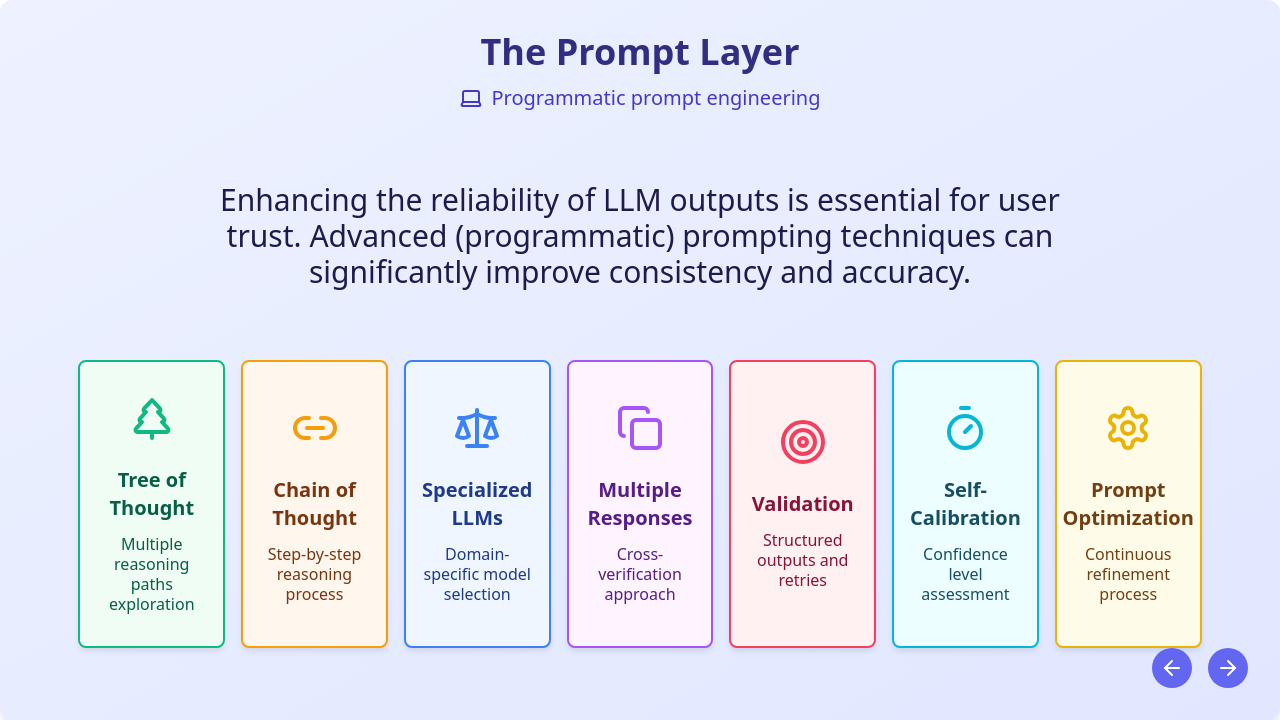
Repository: Galbaz1/dell_presentation
Page: /slide7
These files come from the project's save history. The page is drawn as it stood at one moment and after the next save; the edit follows.
The browser window is 1280 px wide. The pictures show the whole page.
The project was rebuilt for these pictures with package versions that can differ from the ones it lists, and the page was loaded fresh each time. The framework's server and built-in components were replaced by stand-ins that run in the browser. Also part of the build but not shown: styles/animations/slide1.css, styles/animations/slide2.css.

Above is the page before, as saved 2024-11-13 13:08:57.

### pages/_app.tsx
import '../styles/globals.css'
import '../styles/animations/slide1.css'
import '../styles/animations/slide2.css'
import type { AppProps } from 'next/app'

function MyApp({ Component, pageProps }: AppProps) {
  return <Component {...pageProps} />
}

export default MyApp

### pages/slide7.tsx
import React, { useState, useEffect } from 'react';
import {
  ArrowLeft,
  GitBranch,
  Brain,
  Scale,
  Copy,
  Target,
  Timer,
  Settings,
  TreePine,
  Link2,
  ArrowRight,
  Laptop,
} from 'lucide-react';
import Link from 'next/link';
import { motion, AnimatePresence } from 'framer-motion';
import { useRouter } from 'next/router';

const Slide7: React.FC = () => {
  const router = useRouter();
  const [hoveredBlock, setHoveredBlock] = useState<number | null>(null);
  const [displayedText, setDisplayedText] = useState('');
  const fullText = "Enhancing the reliability of LLM outputs is essential for user trust. Advanced (programmatic) prompting techniques can significantly improve consistency and accuracy.";

  useEffect(() => {
    let index = 0;
    const timer = setInterval(() => {
      if (index <= fullText.length) {
        setDisplayedText(fullText.slice(0, index));
        index++;
      } else {
        clearInterval(timer);
      }
    }, 30); // Adjust speed as needed

    return () => clearInterval(timer);
  }, []);

  useEffect(() => {
    const handleKeyDown = (event: KeyboardEvent) => {
      switch (event.key) {
        case 'ArrowLeft':
          router.push('/slide4');
          break;
        case 'ArrowRight':
          router.push('/slide8');
          break;
      }
    };

    window.addEventListener('keydown', handleKeyDown);
    return () => window.removeEventListener('keydown', handleKeyDown);
  }, [router]);

  const blocks = [
    {
      icon: <TreePine className="w-8 h-8" />,
      title: "Tree of Thought",
      description: "Multiple reasoning paths exploration",
      color: {
        bg: "#f0fdf4",
        border: "#10b981",
        text: "#065f46"
      }
    },
    {
      icon: <Link2 className="w-8 h-8" />,
      title: "Chain of Thought",
      description: "Step-by-step reasoning process",
      color: {
        bg: "#fff7ed",
        border: "#f59e0b",
        text: "#78350f"
      }
    },
    {
      icon: <Scale className="w-8 h-8" />,
      title: "Specialized LLMs",
      description: "Domain-specific model selection",
      color: {
        bg: "#eff6ff",
        border: "#3b82f6",
        text: "#1e3a8a"
      }
    },
    {
      icon: <Copy className="w-8 h-8" />,
      title: "Multiple Responses",
      description: "Cross-verification approach",
      color: {
        bg: "#fdf4ff",
        border: "#a855f7",
        text: "#581c87"
      }
    },
    {
      icon: <Target className="w-8 h-8" />,
      title: "Validation",
      description: "Structured outputs and retries",
      color: {
        bg: "#fff1f2",
        border: "#f43f5e",
        text: "#881337"
      }
    },
    {
      icon: <Timer className="w-8 h-8" />,
      title: "Self-Calibration",
      description: "Confidence level assessment",
      color: {
        bg: "#ecfeff",
        border: "#06b6d4",
        text: "#164e63"
      }
    },
    {
      icon: <Settings className="w-8 h-8" />,
      title: "Prompt Optimization",
      description: "Continuous refinement process",
      color: {
        bg: "#fefce8",
        border: "#eab308",
        text: "#713f12"
      }
    }
  ];

  const containerVariants = {
    hidden: { opacity: 0 },
    visible: {
      opacity: 1,
      transition: {
        staggerChildren: 0.1
      }
    }
  };

  const blockVariants = {
    hidden: { y: 20, opacity: 0 },
    visible: (i: number) => ({
      y: 0,
      opacity: 1,
      transition: {
        delay: i * 0.1,
        type: "spring",
        stiffness: 100,
        damping: 15
      }
    }),
    hover: {
      scale: 1.03,
      y: -5,
      transition: {
        type: "spring",
        stiffness: 400,
        damping: 10
      }
    }
  };

  return (
    <div className="bg-gradient-to-br from-indigo-50 to-indigo-100 p-8 rounded-xl shadow-lg min-h-screen overflow-hidden relative">
      {/* Header */}
      <motion.div
        className="mb-16"
        initial={{ y: -20, opacity: 0 }}
        animate={{ y: 0, opacity: 1 }}
        transition={{ duration: 0.8 }}
      >
        <h1 className="text-4xl font-bold text-indigo-900 mb-3 text-center">The Prompt Layer</h1>
        <p className="text-xl text-indigo-700 text-center flex items-center justify-center">
          <Laptop className="w-6 h-6 mr-2" />
          Programmatic prompt engineering
        </p>
      </motion.div>

      {/* Streaming Text Container - Fixed height to prevent layout shifts */}
      <div className="h-[120px] flex items-center justify-center mb-16">
        <motion.div
          className="max-w-4xl mx-auto text-center"
          initial={{ opacity: 0 }}
          animate={{ opacity: 1 }}
          transition={{ delay: 0.5 }}
        >
          <AnimatePresence mode='wait'>
            <motion.span
              key={displayedText}
              initial={{ opacity: 0.5 }}
              animate={{ opacity: 1 }}
              className="text-3xl font-medium text-indigo-950"
            >
              {displayedText}
            </motion.span>
            {displayedText.length < fullText.length && (
              <motion.span
                className="inline-block w-1 h-8 bg-indigo-600 ml-1"
                animate={{ opacity: [1, 0] }}
                transition={{ duration: 0.5, repeat: Infinity }}
              />
            )}
          </AnimatePresence>
        </motion.div>
      </div>

      {/* Blocks Container */}
      <motion.div
        className="max-w-[95%] mx-auto grid grid-cols-7 gap-4 px-4"
        variants={containerVariants}
        initial="hidden"
        animate="visible"
        style={{ height: '40vh' }}
      >
        {blocks.map((block, index) => (
          <motion.div
            key={block.title}
            className="w-full h-full aspect-square"
            variants={blockVariants}
            custom={index}
            whileHover="hover"
            onHoverStart={() => setHoveredBlock(index)}
            onHoverEnd={() => setHoveredBlock(null)}
          >
            <div
              className="h-full relative p-4"
              style={{
                backgroundColor: block.color.bg,
                borderColor: block.color.border,
                borderWidth: 2,
                borderStyle: 'solid',
                borderRadius: '0.5rem',
                display: 'flex',
                flexDirection: 'column',
                justifyContent: 'center',
                alignItems: 'center',
                boxShadow: '0 4px 6px -1px rgb(0 0 0 / 0.1)'
              }}
            >
              {/* Glow effect on hover */}
              {hoveredBlock === index && (
                <motion.div
                  className="absolute inset-0 rounded-lg"
                  initial={{ opacity: 0 }}
                  animate={{ opacity: 0.2 }}
                  exit={{ opacity: 0 }}
                  style={{
                    backgroundColor: block.color.border,
                    filter: 'blur(15px)',
                    zIndex: -1
                  }}
                />
              )}

              <div className="flex flex-col items-center justify-center text-center h-full">
                <motion.div
                  className="mb-6"
                  animate={hoveredBlock === index ? {
                    scale: [1, 1.2, 1],
                    rotate: [0, 360],
                    transition: { duration: 1 }
                  } : {}}
                  style={{ color: block.color.border }}
                >
                  {React.cloneElement(block.icon, { className: "w-12 h-12" })}
                </motion.div>

                <h3
                  className="text-xl font-bold mb-3"
                  style={{ color: block.color.text }}
                >
                  {block.title}
                </h3>

                <p
                  className="text-base leading-tight"
                  style={{ color: block.color.text }}
                >
                  {block.description}
                </p>
              </div>
            </div>
          </motion.div>
        ))}
      </motion.div>

      {/* Navigation */}
      <div className="absolute bottom-8 right-8 flex items-center space-x-4">
        <Link href="/slide6" className="bg-indigo-500 hover:bg-indigo-600 text-white p-2 rounded-full transition-colors">
          <ArrowLeft className="w-6 h-6" />
        </Link>
        <Link href="/slide8" className="bg-indigo-500 hover:bg-indigo-600 text-white p-2 rounded-full transition-colors">
          <ArrowRight className="w-6 h-6" />
        </Link>
      </div>
    </div>
  );
};

export default Slide7;

### styles/globals.css
@tailwind base;
@tailwind components;
@tailwind utilities;

@keyframes fallAndBounce {
  0% {
    transform: translateY(-100%) translateX(-50%);
  }
  70% {
    transform: translateY(140%) translateX(-50%);
  }
  75% {
    transform: translateY(130%) translateX(-50%);
  }
  80% {
    transform: translateY(135%) translateX(-50%);
  }
  85% {
    transform: translateY(128%) translateX(-50%);
  }
  90% {
    transform: translateY(132%) translateX(-50%);
  }
  100% {
    transform: translateY(0%) translateX(-50%);
  }
}

@keyframes developerFall {
  0%, 69% {
    transform: translateX(-50%) rotate(0deg);
  }
  100% {
    transform: translateX(100%) rotate(90deg);
  }
}

@keyframes pulsate {
  0% {
    transform: translateY(0%) translateX(-50%) scale(1);
  }
  8% {
    transform: translateY(0%) translateX(-50%) scale(1.15);
  }
  10% {
    transform: translateY(0%) translateX(-50%) scale(1.1);
  }
  18% {
    transform: translateY(0%) translateX(-50%) scale(1.35);
  }
  20% {
    transform: translateY(0%) translateX(-50%) scale(1.3);
  }
  28% {
    transform: translateY(0%) translateX(-50%) scale(1.55);
  }
  30% {
    transform: translateY(0%) translateX(-50%) scale(1.5);
  }
  38% {
    transform: translateY(0%) translateX(-50%) scale(1.75);
  }
  40% {
    transform: translateY(0%) translateX(-50%) scale(1.7);
  }
  48% {
    transform: translateY(0%) translateX(-50%) scale(1.95);
  }
  50% {
    transform: translateY(0%) translateX(-50%) scale(1.9);
  }
  100% {
    transform: translateY(0%) translateX(-50%) scale(2);
  }
}

@keyframes explodePiece {
  0% {
    transform: translate(0, 0) rotate(0);
    opacity: 1;
  }
  100% {
    transform: translate(var(--tx), 1000px) rotate(var(--tr));
    opacity: 0;
  }
}

.animate-fall-bounce {
  animation:
    fallAndBounce 3s cubic-bezier(0.4, 0, 0.2, 1) forwards,
    pulsate 8s cubic-bezier(0.4, 0, 0.2, 1) 5s forwards;
}

.animate-developer-fall {
  animation: developerFall 1.2s cubic-bezier(0.4, 0, 0.2, 1) forwards;
  animation-delay: 2.1s;
}

.explosion-piece {
  position: absolute;
  animation: explodePiece 2s cubic-bezier(0.4, 0, 0.2, 1) forwards;
  animation-delay: 16s; /* 5s wait + 8s growth + 3s wait */
}

### tailwind.config.js
/** @type {import('tailwindcss').Config} */
module.exports = {
  content: [
    "./pages/**/*.{js,ts,jsx,tsx}",
    "./components/**/*.{js,ts,jsx,tsx}",
    "./styles/**/*.css",
  ],
  theme: {
    extend: {},
  },
  plugins: [],
}

After the next save:
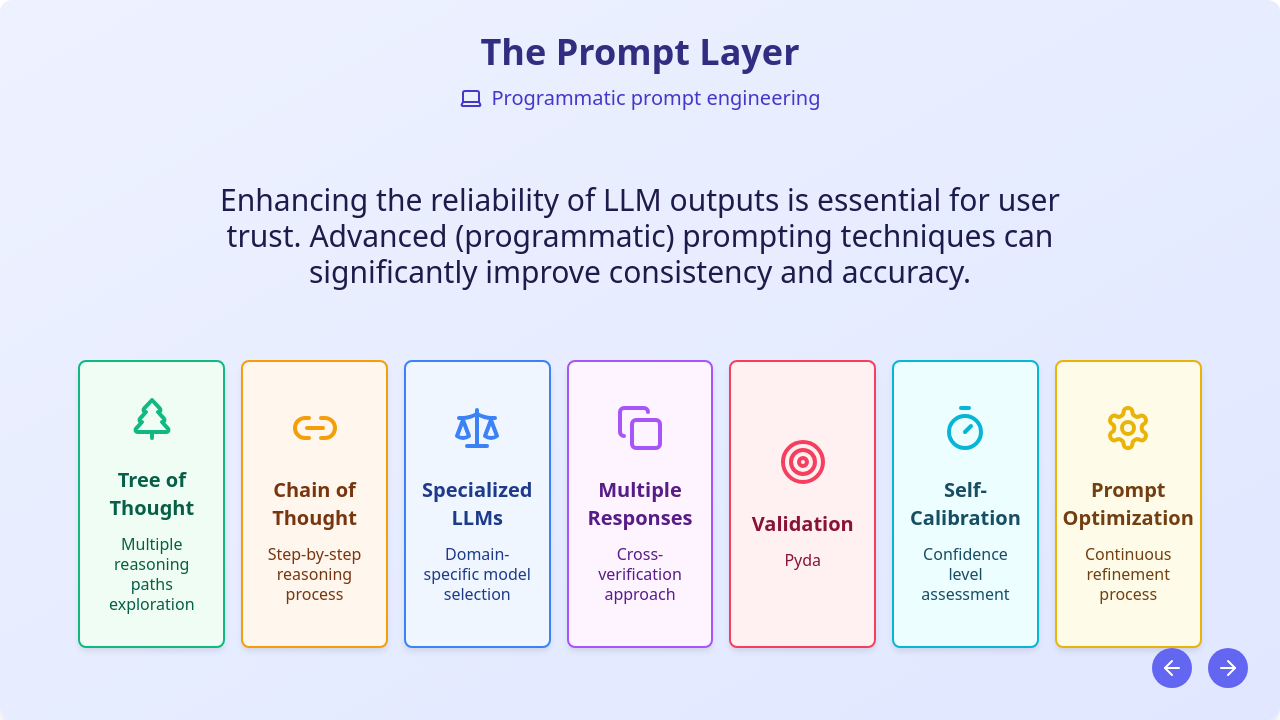
Saved 21 s later.
--- a/pages/slide7.tsx
+++ b/pages/slide7.tsx
@@ -97,7 +97,7 @@ const Slide7: React.FC = () => {
     {
       icon: <Target className="w-8 h-8" />,
       title: "Validation",
-      description: "Structured outputs and retries",
+      description: "Pyda",
       color: {
         bg: "#fff1f2",
         border: "#f43f5e",
